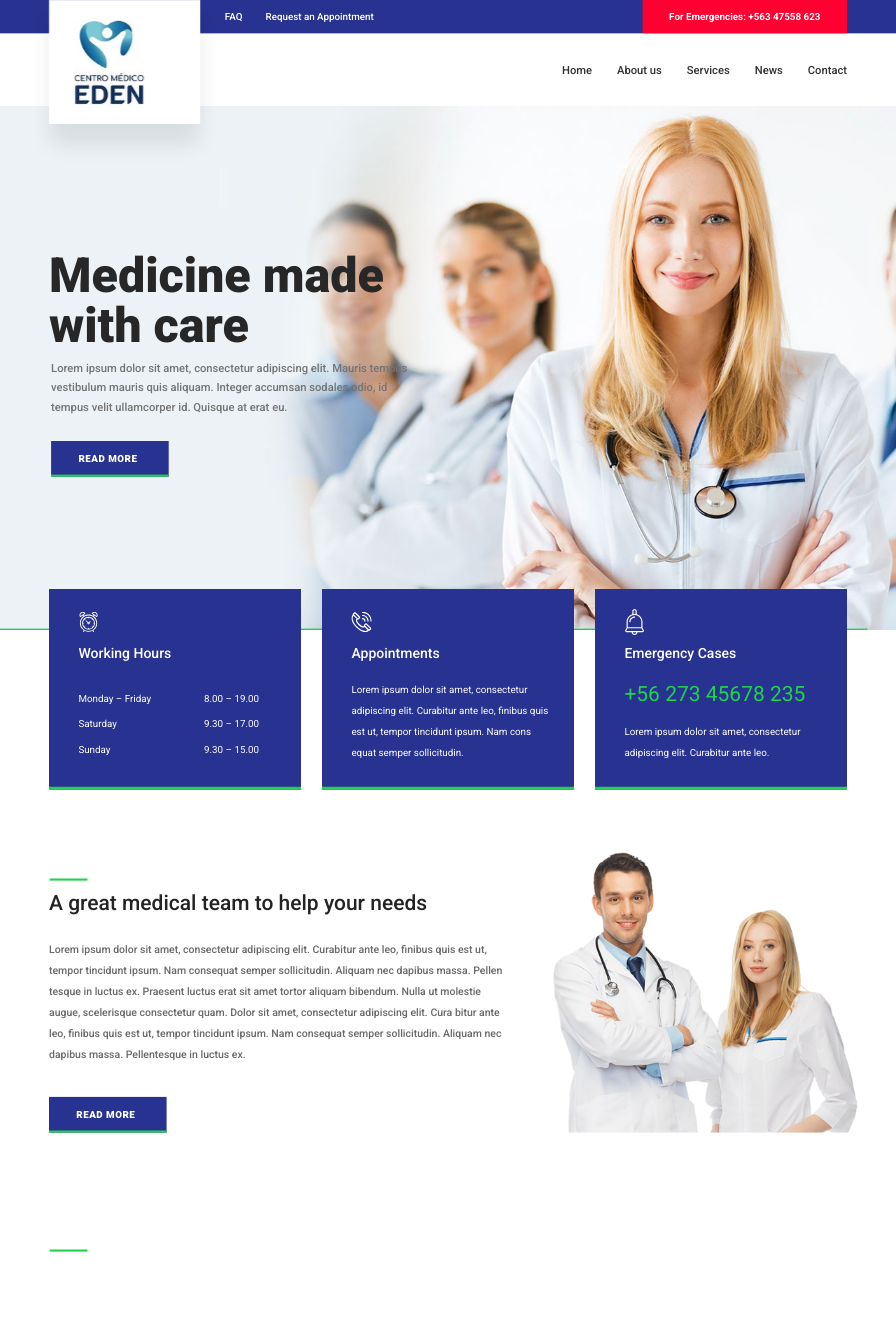
Repository: Nanitamo/centro-medico-eden-webpage
Page: index.html
The author's editor kept a copy of each file at every save. The page is drawn from the files as they stood at one save, then again after the next save.
The browser window is 1280 px wide. The pictures show the part of the page from y = 0 to 1920 px (the page is 4535 px tall), at 70% of full size.

Above is the page before, as saved 2020-06-18 12:56:02.

After the next save:
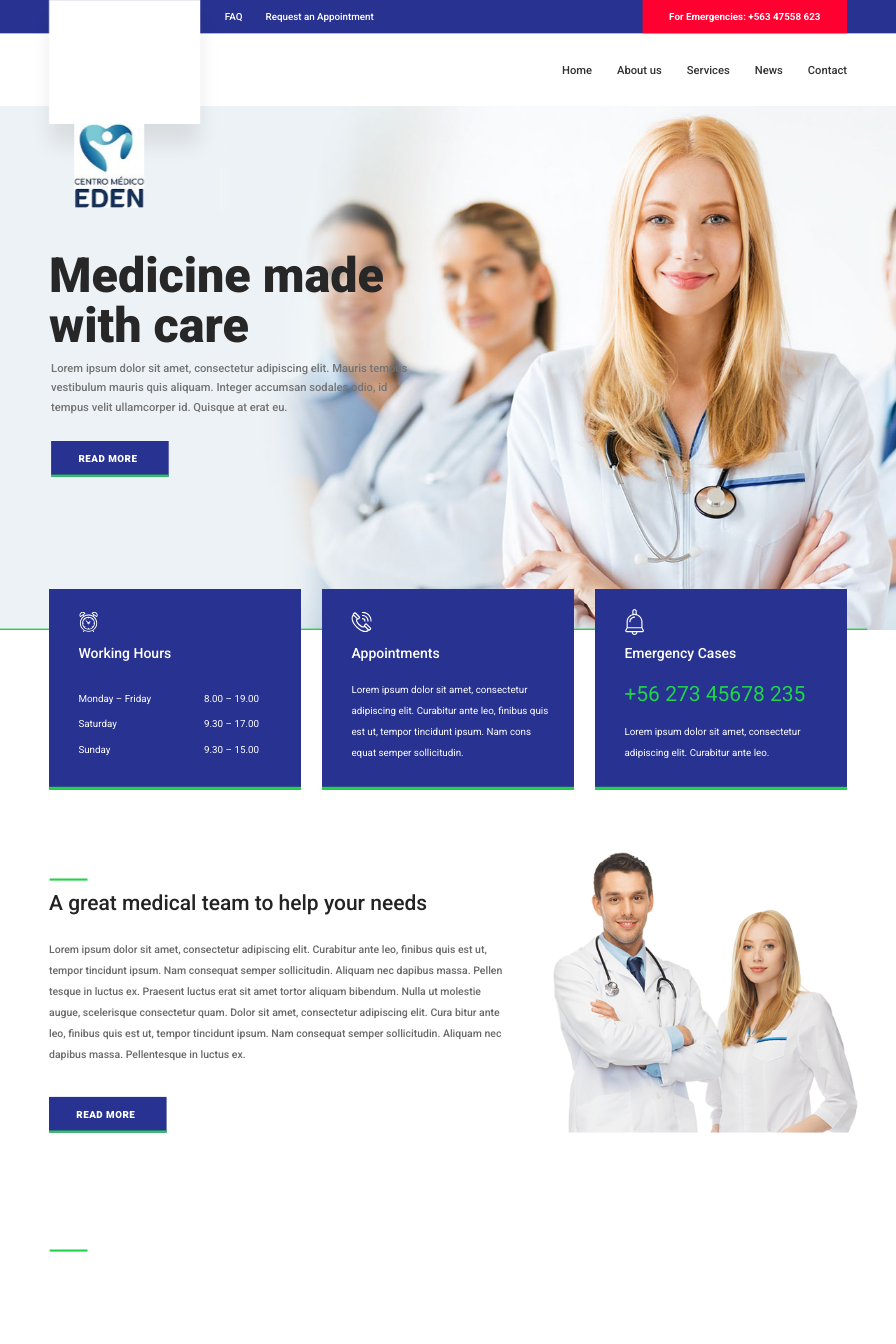
Saved 4 s later.
--- a/index.html
+++ b/index.html
@@ -74,7 +74,7 @@
 										<div class="logo_box">+</div>
 									</div>
 									<div class="logo_sub">Health Care Center</div> -->
-									<img src="./images/logo.jpg" alt="Logotipo" width )=>
+									<img src="./images/logo.jpg" alt="Logotipo" width )=
 								</div>
 							</a>
 						</div>

After the 2 saves that followed:
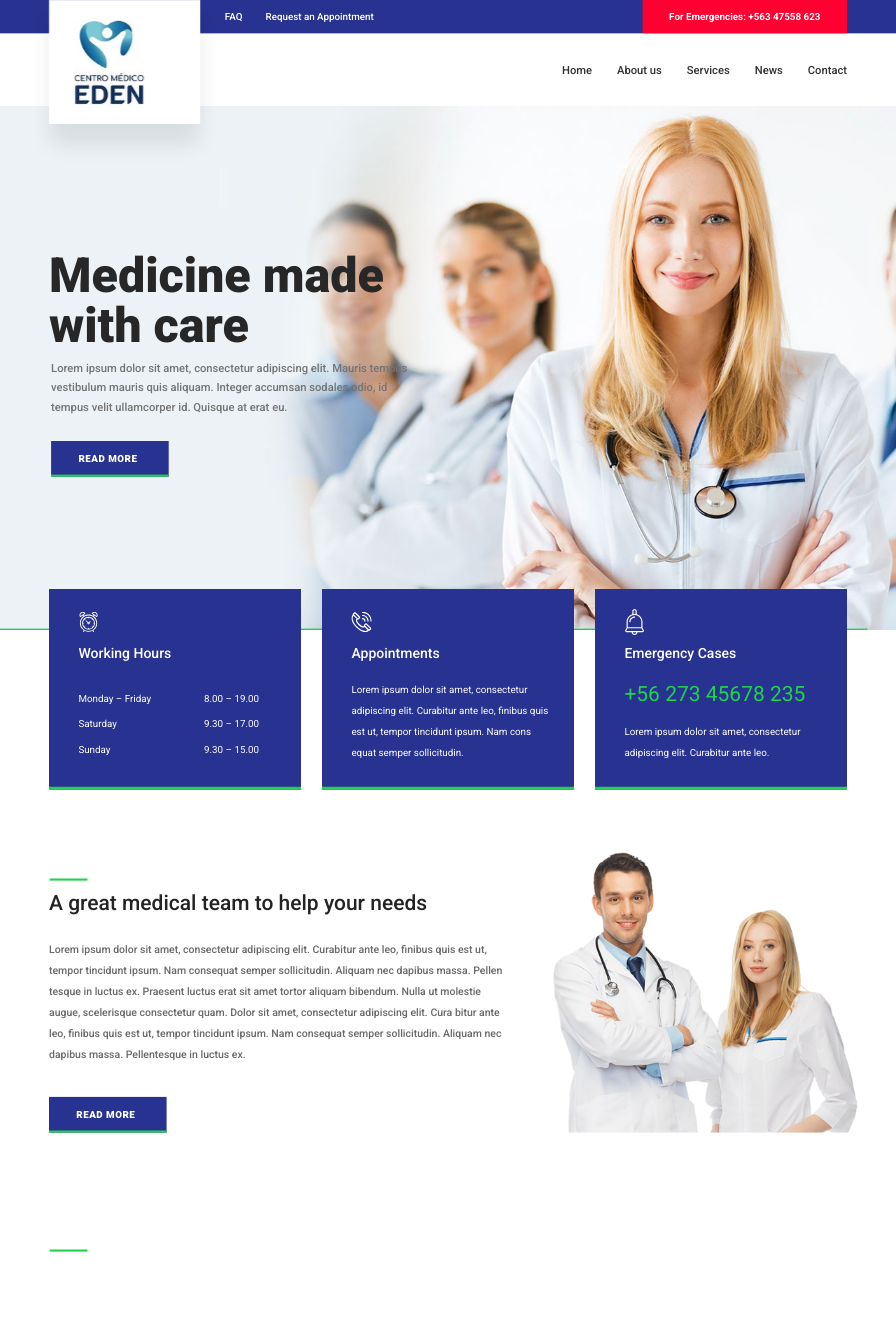
The 2 saves are shown as one change because they came seconds apart.
The last was saved 8 s later.
--- a/index.html
+++ b/index.html
@@ -74,7 +74,7 @@
 										<div class="logo_box">+</div>
 									</div>
 									<div class="logo_sub">Health Care Center</div> -->
-									<img src="./images/logo.jpg" alt="Logotipo" width )=
+									<img src="./images/logo.jpg" alt="Logotipo" width =>
 								</div>
 							</a>
 						</div>
